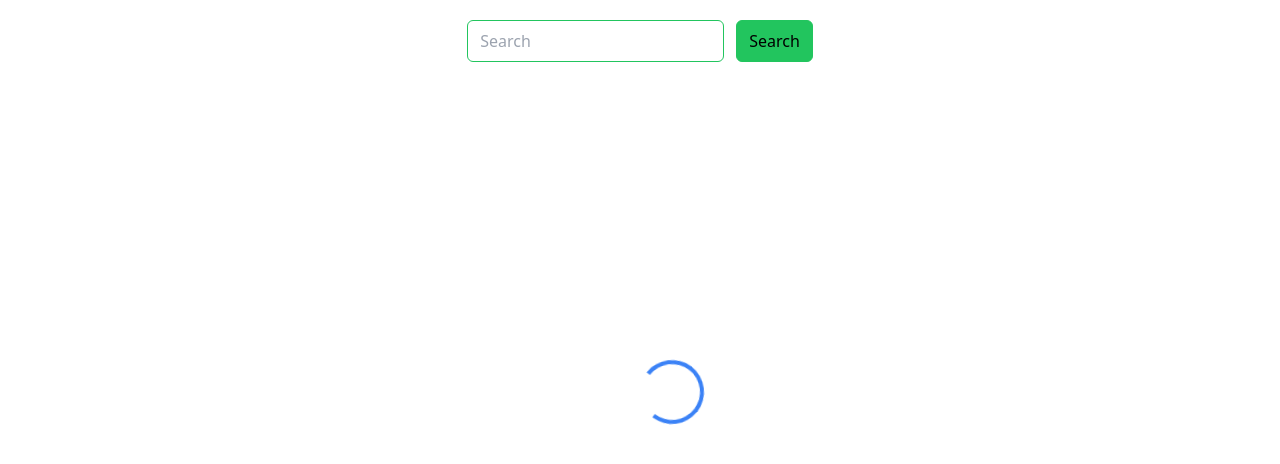
Repository: kimhieu153255/Image-search-app
Page: /
The author's editor kept a copy of each file at every save. The page is drawn from the files as they stood at one save, then again after the next save.
The browser window is 1280 px wide. The pictures show the whole page.
The project was rebuilt for these pictures with package versions that can differ from the ones it lists, and the page was loaded fresh each time. Also part of the build but not shown: vite.config.js, src/Components/Button/Loadmore.jsx, src/Components/Card/Card.jsx.

Above is the page before, as saved 2023-10-26 20:24:34.

After the next save:
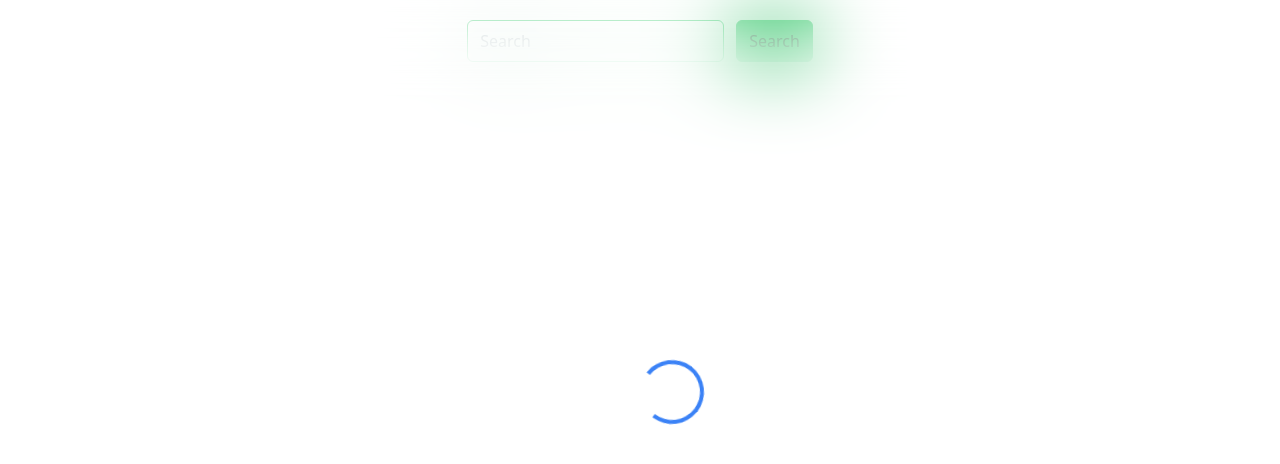
Saved 7 s later.
--- a/src/App.jsx
+++ b/src/App.jsx
@@ -13,7 +13,7 @@ function App() {
         <Loadmore></Loadmore>
       </div>
       {isLoading && (
-        <div className="inset-0 fixed  backdrop-blur-none">
+        <div className="inset-0 fixed  backdrop-blur-2xl">
           <div className="inline-block h-16 w-16 animate-spin rounded-full border-4 border-solid border-r-transparent align-[-0.125em] text-secondary motion-reduce:animate-[spin_1.5s_linear_infinite] border-blue-500 absolute top-1/2 left-1/2">
             <span className="!absolute !-m-px !h-px !w-px !overflow-hidden !whitespace-nowrap !border-0 !p-0 ![clip:rect(0,0,0,0)]"></span>
           </div>
